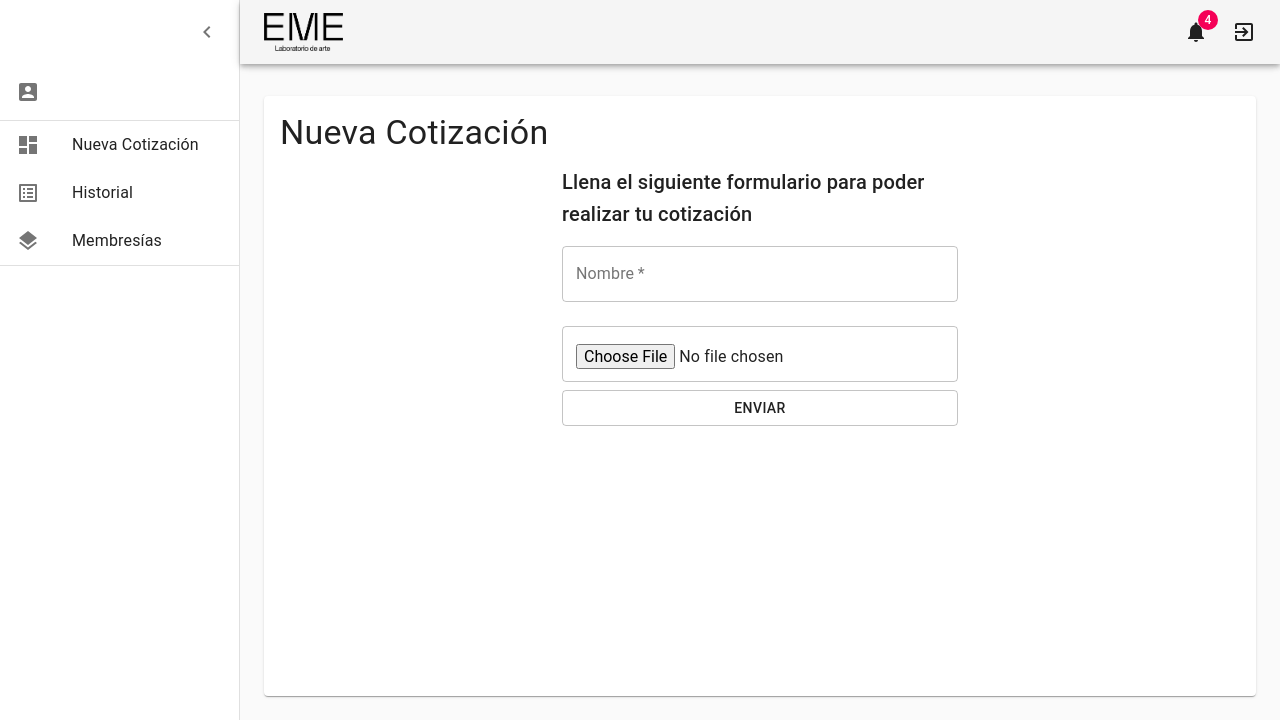
Repository: BrendaCarranco/eme-lab
Page: /Trabajo
The author's editor kept a copy of each file at every save. The page is drawn from the files as they stood at one save, then again after a run of saves.
The browser window is 1280 px wide. The pictures show the whole page.
An inner scrolling area shows only its first screen. Some web libraries are served in a nearby version. The project was rebuilt for these pictures with package versions that can differ from the ones it lists, and the page was loaded fresh each time. Also part of the build but not shown: src/components/buildingPage/Building.js, src/temaConfig.js, src/components/buildingPage/Landing.js, src/components/login/Reset.js, src/components/Dashboard/Historial.js, src/components/Dashboard/Membresias.js, src/components/login/ModalPass.js, src/components/login/ModalRegister.js and 4 more.

Above is the page before, as saved 2020-08-26 19:23:27.

### public/index.html
<!DOCTYPE html>
<html lang="en">

<head>
  <meta charset="utf-8" />

  <meta name="viewport" content="width=device-width, initial-scale=1" />
  <meta name="theme-color" content="#000000" />
  <meta name="description" content="Web site created using create-react-app" />
  <link rel="icon" type="image/png" href="/eme-icon.png">


  </style>

  <!--
      manifest.json provides metadata used when your web app is installed on a
      user's mobile device or desktop. See https://developers.google.com/web/fundamentals/web-app-manifest/
    -->
  <link rel="manifest" href="%PUBLIC_URL%/manifest.json" />
  <!-- CSS only -->
  <link rel="stylesheet" href="https://stackpath.bootstrapcdn.com/bootstrap/4.5.2/css/bootstrap.min.css"
    integrity="sha384-JcKb8q3iqJ61gNV9KGb8thSsNjpSL0n8PARn9HuZOnIxN0hoP+VmmDGMN5t9UJ0Z" crossorigin="anonymous">

  <!--
      Notice the use of %PUBLIC_URL% in the tags above.
      It will be replaced with the URL of the `public` folder during the build.
      Only files inside the `public` folder can be referenced from the HTML.

      Unlike "/favicon.ico" or "favicon.ico", "%PUBLIC_URL%/favicon.ico" will
      work correctly both with client-side routing and a non-root public URL.
      Learn how to configure a non-root public URL by running `npm run build`.
    -->
  <title>EME Laboratorio de arte</title>
</head>

<body>
  <noscript>You need to enable JavaScript to run this app.</noscript>
  <div id="root"></div>
  <!--
      This HTML file is a template.
      If you open it directly in the browser, you will see an empty page.

      You can add webfonts, meta tags, or analytics to this file.
      The build step will place the bundled scripts into the <body> tag.

      To begin the development, run `npm start` or `yarn start`.
      To create a production bundle, use `npm run build` or `yarn build`.
    -->
  <!-- Compiled and minified JavaScript -->

  <script src="https://code.jquery.com/jquery-3.2.1.slim.min.js"
    integrity="sha384-KJ3o2DKtIkvYIK3UENzmM7KCkRr/rE9/Qpg6aAZGJwFDMVNA/GpGFF93hXpG5KkN"
    crossorigin="anonymous"></script>
  <script src="https://cdnjs.cloudflare.com/ajax/libs/popper.js/1.12.9/umd/popper.min.js"
    integrity="sha384-ApNbgh9B+Y1QKtv3Rn7W3mgPxhU9K/ScQsAP7hUibX39j7fakFPskvXusvfa0b4Q"
    crossorigin="anonymous"></script>
  <script src="https://maxcdn.bootstrapcdn.com/bootstrap/4.0.0/js/bootstrap.min.js"
    integrity="sha384-JZR6Spejh4U02d8jOt6vLEHfe/JQGiRRSQQxSfFWpi1MquVdAyjUar5+76PVCmYl"
    crossorigin="anonymous"></script>
</body>

</html>

### src/App.js
import React, { useEffect, useState, useContext } from 'react';
import { BrowserRouter, Switch, Route } from 'react-router-dom';
import { firebase } from './firebase';
import Building from './components/buildingPage/Building';
import Landing from './components/buildingPage/Landing';
import Reset from './components/login/Reset';
import Dashboard from './components/Dashboard/Dashboard';
import SignInSide from './components/login/SignInSide';
import Admin from './components/admin/Admin';

import { UserContext } from './context/UserProvider';
import NoMember from './components/Dashboard/NoMember';

function App() {

  const [firebaseUser, setFirebaseUser] = useState(null);
  const [fbName, setFbName] = useState('');
  const [fbMail, setFbMail] = useState('');
  const [usersFiles, setUsersFiles] = useState([]);


  const { userProvider } = useContext(UserContext);


  //Observador
  useEffect(() => {
    firebase.auth().onAuthStateChanged(user => {
      console.log(user);
      if (user) {
        setFbName(user.displayName);
        setFbMail(user.email);
        setFirebaseUser(user);
      } else {
        setFirebaseUser(null);
        return;
      }
    });
  }, [firebaseUser]);

  return (
    <BrowserRouter>
      <Switch>
        <Route exact path='/'>
          <Landing />
        </Route>
        {/*
        <Route path='/admin'>
          <Admin usersFiles={usersFiles} />
        </Route> */}

        <Route path='/dashboard'>

          {
            userProvider.role === 'Admin' && <Admin usersFiles={usersFiles} />
          }
          {
            userProvider.role === 'Miembro' && <Dashboard firebaseUser={firebaseUser} setUsersFiles={setUsersFiles} usersFiles={usersFiles} fbMail={fbMail} />
          }
          {
            userProvider.role === 'Invitado' && <NoMember />
          }



        </Route>

        <Route path='/signin'>
          <SignInSide />
        </Route>

        <Route path='/Admin'>
          <Admin />
        </Route>

        <Route path='/Trabajo'>
          <Dashboard />
        </Route>



      </Switch>
    </BrowserRouter>
  );
}

export default App;

### src/context/UserProvider.js
import React, { createContext, useEffect } from 'react';
import { useState } from 'react';
import { firebase } from '../firebase';

export const UserContext = createContext();

const UserProvider = (props) => {

    const dataInitialUser = {
        email: null,
        uid: null,
        role: 'Invitado',
        displayName: null
    };

    const [userProvider, setUserProvider] = useState(dataInitialUser);


    useEffect(() => {
        detectUser();
    }, []);

    const detectUser = () => {
        firebase.auth().onAuthStateChanged(user => {
            if (user) {
                console.log(user, 'user provider');
                user.getIdTokenResult()
                    .then(idTokenResult => {
                        console.log(idTokenResult, 'token');
                        if (!!idTokenResult.claims.Admin) {
                            console.log('es admin');
                            setUserProvider({
                                email: user.email,
                                uid: user.uid,
                                displayName: user.displayName,
                                role: 'Admin'

                            });
                        } else if (!!idTokenResult.claims.Member) {
                            console.log('es miembro');
                            setUserProvider({
                                email: user.email,
                                uid: user.uid,
                                displayName: user.displayName,
                                role: 'Miembro'
                            });
                        } else {
                            console.log('es invitado');
                            setUserProvider({
                                email: user.email,
                                uid: user.uid,
                                displayName: user.displayName,
                                role: 'Invitado'

                            });
                        }
                    }
                    );

            } else {
                console.log(user, 'user provider null');
            }
        });
    };

    const userRegister = async (email, password, name) => {
        try {
            const res = await firebase.auth().createUserWithEmailAndPassword(email, password);
            const collection = await firebase.firestore().collection('usuarios').doc(res.user.email).get();

            if (!collection.exists) {
                await firebase.firestore().collection('usuarios').doc(res.user.email).set({
                    email: res.user.email,
                    uid: res.user.uid,
                    role: 'Invitado',
                    displayName: name
                });
                let current = firebase.auth().currentUser;
                current.updateProfile({
                    displayName: name
                });

            }

        } catch (error) {
            console.log(error);
        }
        firebase.auth().signOut();
    };

    return (
        <UserContext.Provider value={{ userProvider, userRegister }} >
            {props.children}
        </UserContext.Provider>
    );
};

export default UserProvider;

### src/firebase.js
import firebase from 'firebase/app';
import 'firebase/auth';
import 'firebase/firestore';
import 'firebase/storage';
import 'firebase/functions';

const firebaseConfig = {
    apiKey: "AIzaSyB1b8DSEsphXC6iROi09Go8DnzwT9N6RYY",
    authDomain: "eme-lab.firebaseapp.com",
    databaseURL: "https://eme-lab.firebaseio.com",
    projectId: "eme-lab",
    storageBucket: "eme-lab.appspot.com",
    messagingSenderId: "906776180001",
    appId: "1:906776180001:web:939db4508539931fda3a60"
};
// Initialize Firebase
firebase.initializeApp(firebaseConfig);

export { firebase };

### src/components/Dashboard/Cotizacion.js
import React, { useState } from 'react';
import { firebase } from '../../firebase';
import moment from 'moment';
import 'moment/locale/es';

import Container from '@material-ui/core/Container';
import { makeStyles } from '@material-ui/core/styles';
import Typography from '@material-ui/core/Typography';
import Title from './Title';
import TextField from '@material-ui/core/TextField';
import Button from '@material-ui/core/Button';

const useStyles = makeStyles({
  depositContext: {
    flex: 1,
  },
});

const Cotizacion = ({ firebaseUser, setUsersFiles, usersFiles }) => {
  const [fileUrl, setFileUrl] = useState(null);
  const [input, setInput] = useState('');
  //const [usersFiles, setUsersFiles] = useState([]);

  let time = Date.now();
  let timeFormat = moment(time).format('LLL');

  const handleChangeFile = async e => {
    const file = e.target.files[0];
    const storageRef = firebase.storage().ref('Cotizaciones').child(firebaseUser.email);
    const fileRef = storageRef.child(file.name);
    await fileRef.put(file);
    setFileUrl(await fileRef.getDownloadURL());
  };

  const handleSubmit = e => {
    e.preventDefault();
    //console.log('submit');

    const username = e.target.username.value;
    setInput(username);
    if (!username) {
      return;
    }

    const newUserFile = {
      name: username,
      fileLink: fileUrl,
      date: timeFormat,
      email: firebaseUser.email,
      user: firebaseUser.displayName,
      status: 'Pendiente'
    };
    //esta sube la imegen
    firebase.firestore().collection('files').doc().set(newUserFile);
    setUsersFiles([
      ...usersFiles,
      { ...newUserFile }

    ]);
    setInput('');
    setFileUrl('');
    return alert('archivo subido');
  };

  /*   const emailUpdate = async () => {
      const a = await firebase.auth().onAuthStateChanged(function (user) {
        if (user) {
          setUserEmail(user.email);
          return;
          // User is signed in.
        } else {
          return;
        }
      });
    };
    emailUpdate();

    useEffect(() => {
      const fetchUsersFiles = async () => {
        const usersFilesCollection = await firebase.firestore().collection('files').where("email", "==", userEmail).get();
        setUsersFiles(usersFilesCollection.docs.map(doc => {
          return doc.data();
        }));
      };
      fetchUsersFiles();
    }, [setUsersFiles, userEmail]);

    console.log(usersFiles); */


  return (
    <React.Fragment>
      <Title>Nueva Cotización</Title>
      <Container maxWidth="xs">
        <Typography variant="h6" color="initial">
          Llena el siguiente formulario para poder realizar tu cotización
       </Typography>
        <form onSubmit={handleSubmit}>
          <TextField
            variant="outlined"
            margin="normal"
            required
            fullWidth
            id="outlined-basic"
            label="Nombre"
            name='username'
            onChange={e => setInput(e.target.value)}
            value={input}

          />
          <TextField
            variant="outlined"
            margin="normal"
            required
            fullWidth
            id="outlined-basic"
            name='file'
            type='file'
            onChange={handleChangeFile}
          />
          <Button
            type="submit"
            fullWidth
            variant="outlined"
            color="default"
          >Enviar</Button>



        </form>
      </Container>
    </React.Fragment>


  );
};

export default Cotizacion;

### src/components/Dashboard/Title.js

import React from 'react';
import PropTypes from 'prop-types';
import Typography from '@material-ui/core/Typography';

export default function Title(props) {
  return (
    <Typography component="h2" variant="h4" color="default" gutterBottom>
      {props.children}
    </Typography>
  );
}

Title.propTypes = {
  children: PropTypes.node,
};

Loaded but not shown: src/index.js (common file); src/index.css (common file); src/serviceWorker.js (common file); src/components/Dashboard/Dashboard.js (300 lines, source omitted)

After the next 3 saves:
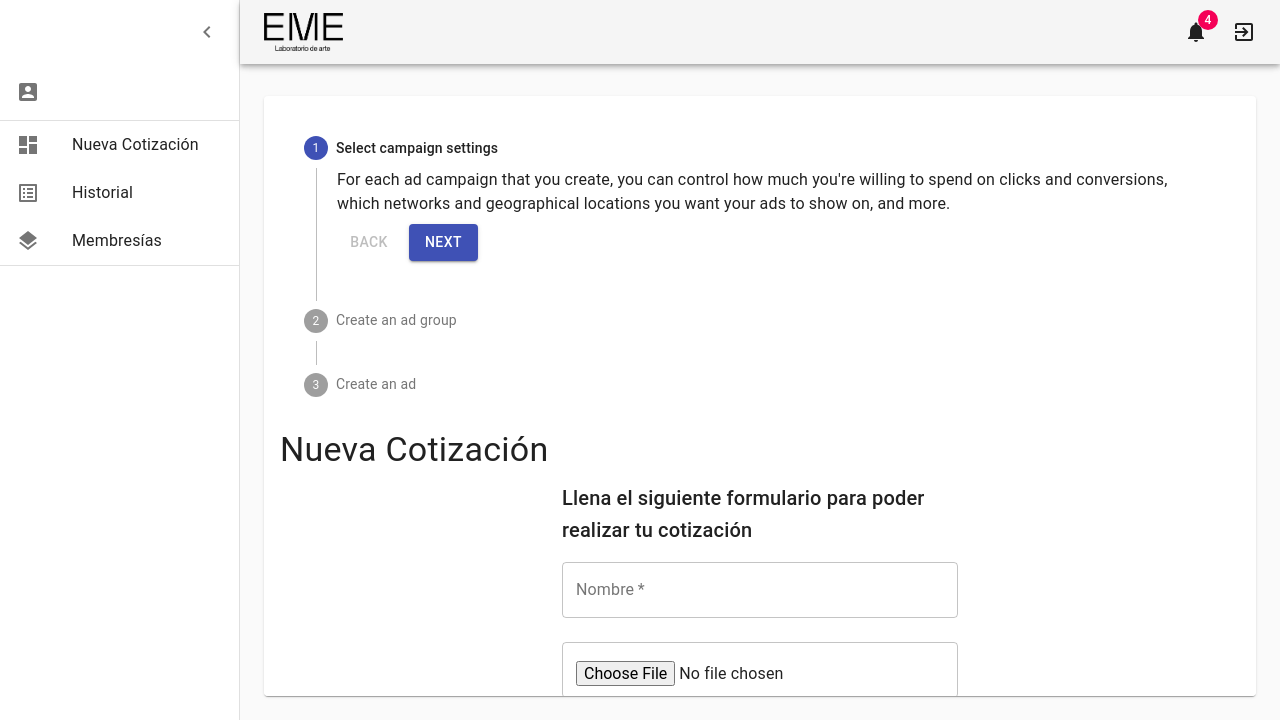
The 3 saves are shown as one change because 2 did not build or start.
The last was saved 24 h 16 min later.
--- a/src/components/Dashboard/Cotizacion.js
+++ b/src/components/Dashboard/Cotizacion.js
@@ -9,14 +9,66 @@ import Typography from '@material-ui/core/Typography';
 import Title from './Title';
 import TextField from '@material-ui/core/TextField';
 import Button from '@material-ui/core/Button';
-
-const useStyles = makeStyles({
-  depositContext: {
-    flex: 1,
-  },
-});
+import Paper from '@material-ui/core/Paper';
+import Stepper from '@material-ui/core/Stepper';
+import Step from '@material-ui/core/Step';
+import StepLabel from '@material-ui/core/StepLabel';
+import StepContent from '@material-ui/core/StepContent';
+
+const useStyles = makeStyles((theme) => ({
+  root: {
+    width: '100%',
+  },
+  button: {
+    marginTop: theme.spacing(1),
+    marginRight: theme.spacing(1),
+  },
+  actionsContainer: {
+    marginBottom: theme.spacing(2),
+  },
+  resetContainer: {
+    padding: theme.spacing(3),
+  },
+}));
+
+function getSteps() {
+  return ['Select campaign settings', 'Create an ad group', 'Create an ad'];
+}
+
+function getStepContent(step) {
+  switch (step) {
+    case 0:
+      return `For each ad campaign that you create, you can control how much
+              you're willing to spend on clicks and conversions, which networks
+              and geographical locations you want your ads to show on, and more.`;
+    case 1:
+      return 'An ad group contains one or more ads which target a shared set of keywords.';
+    case 2:
+      return `Try out different ad text to see what brings in the most customers,
+              and learn how to enhance your ads using features like ad extensions.
+              If you run into any problems with your ads, find out how to tell if
+              they're running and how to resolve approval issues.`;
+    default:
+      return 'Unknown step';
+  }
+}
 
 const Cotizacion = ({ firebaseUser, setUsersFiles, usersFiles }) => {
+  const classes = useStyles();
+  const [activeStep, setActiveStep] = React.useState(0);
+  const steps = getSteps();
+
+  const handleNext = () => {
+    setActiveStep((prevActiveStep) => prevActiveStep + 1);
+  };
+
+  const handleBack = () => {
+    setActiveStep((prevActiveStep) => prevActiveStep - 1);
+  };
+
+  const handleReset = () => {
+    setActiveStep(0);
+  };
   const [fileUrl, setFileUrl] = useState(null);
   const [input, setInput] = useState('');
   //const [usersFiles, setUsersFiles] = useState([]);
@@ -90,6 +142,44 @@ const Cotizacion = ({ firebaseUser, setUsersFiles, usersFiles }) => {
 
   return (
     <React.Fragment>
+
+      <Stepper activeStep={activeStep} orientation="vertical">
+        {steps.map((label, index) => (
+          <Step key={label}>
+            <StepLabel>{label}</StepLabel>
+            <StepContent>
+              <Typography>{getStepContent(index)}</Typography>
+              <div className={classes.actionsContainer}>
+                <div>
+                  <Button
+                    disabled={activeStep === 0}
+                    onClick={handleBack}
+                    className={classes.button}
+                  >
+                    Back
+                  </Button>
+                  <Button
+                    variant="contained"
+                    color="primary"
+                    onClick={handleNext}
+                    className={classes.button}
+                  >
+                    {activeStep === steps.length - 1 ? 'Finish' : 'Next'}
+                  </Button>
+                </div>
+              </div>
+            </StepContent>
+          </Step>
+        ))}
+      </Stepper>
+      {activeStep === steps.length && (
+        <Paper square elevation={0} className={classes.resetContainer}>
+          <Typography>All steps completed - you&apos;re finished</Typography>
+          <Button onClick={handleReset} className={classes.button}>
+            Reset
+          </Button>
+        </Paper>
+      )}
       <Title>Nueva Cotización</Title>
       <Container maxWidth="xs">
         <Typography variant="h6" color="initial">
